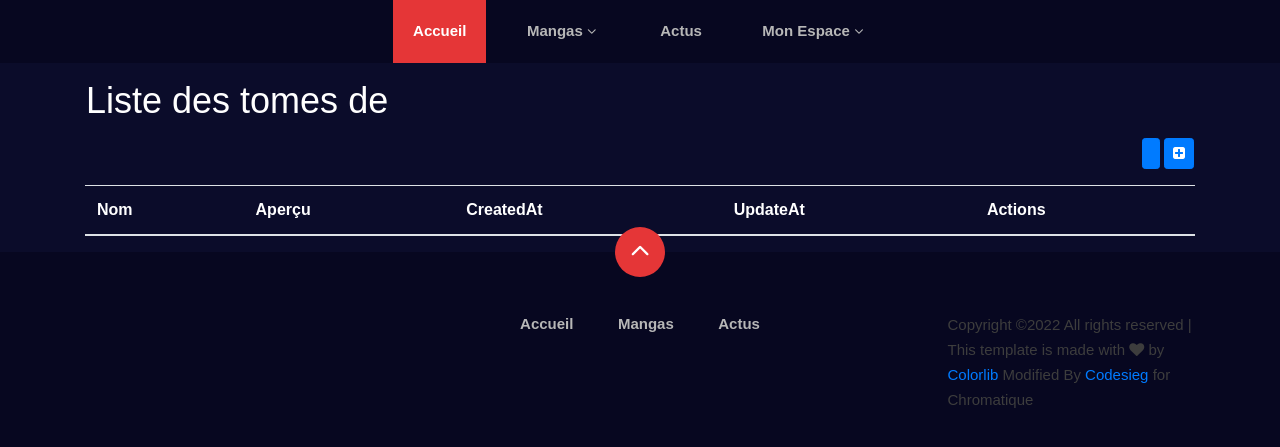
Repository: Codesieg/Chromatique
Page: chromatique/resources/views/admin/tomes/detail.blade.php
The author's editor kept a copy of each file at every save. The page is drawn from the files as they stood at one save, then again after the next save.
The browser window is 1280 px wide. The pictures show the whole page.
Some web fonts or font styles are not loaded; a fallback is used. The page is served by the project's Laravel application, run on PHP 8.4 with Laravel 8. The template is opened directly, without the code that normally fills it, so the values that code supplies are empty.

Above is the page before, as saved 2022-04-03 16:48:45.

After the next save:
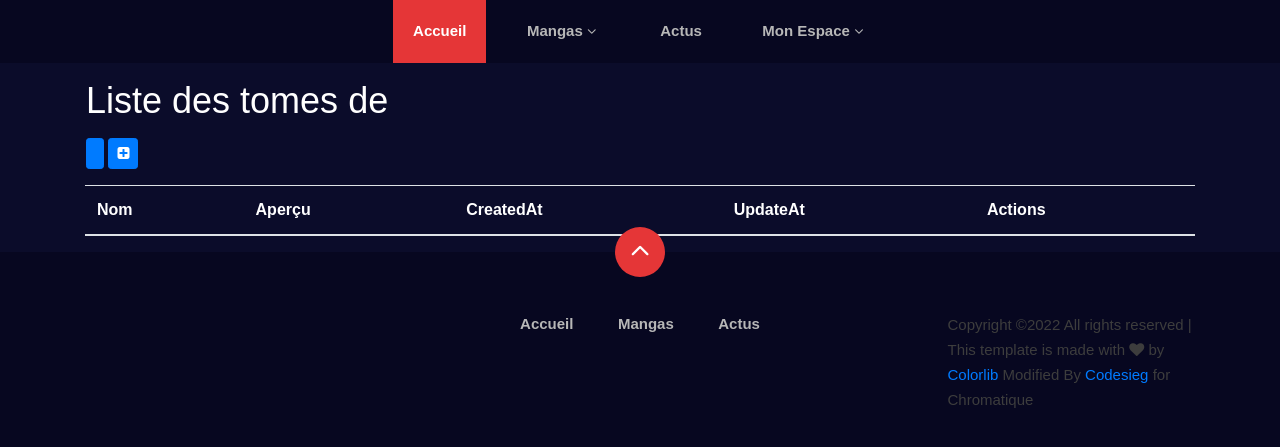
Saved 15 s later.
--- a/chromatique/resources/views/admin/tomes/detail.blade.php
+++ b/chromatique/resources/views/admin/tomes/detail.blade.php
@@ -4,7 +4,7 @@
 
 <div class="container">
     <h2 class="white m-3">Liste des tomes de {{$mangaName->manga_name}}</h2>
-    <div class="d-flex justify-content-end mb-3 px-3">
+    <div class="d-flex justify-content-space-between mb-3 px-3">
         <div class="add">
             <button type="button" class="btn btn-primary btn-sm white"><a href=""><i class="fa fa-arrow-alt-to-left white"></i></a></button>
             <button type="button" class="btn btn-primary btn-sm white"><a href="{{route('admin_form_tome', ['id' => $mangaName->id]) }}"><i class="fa fa-plus-square white"></i></a></button>
